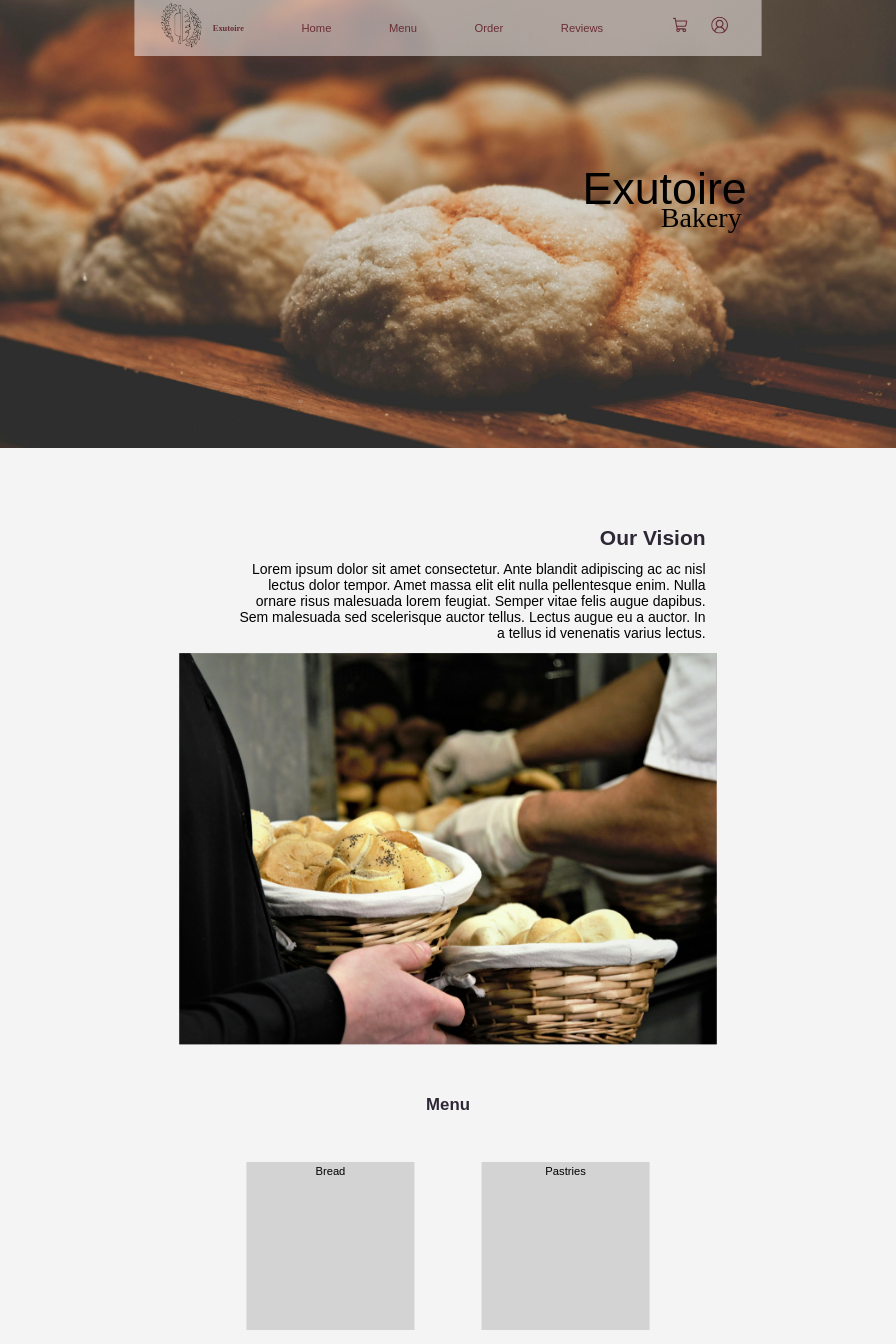
Repository: MelissaJacobi/COMP3170-final-proj
Page: /
The author's editor kept a copy of each file at every save. The page is drawn from the files as they stood at one save, then again after the next save.
The browser window is 1280 px wide. The pictures show the part of the page from y = 0 to 1920 px (the page is 2721 px tall), at 70% of full size.
The project was rebuilt for these pictures with package versions that can differ from the ones it lists, and the page was loaded fresh each time. Also part of the build but not shown: vite.config.js, src/pages/ShoppingCart.module.css, src/components/ShoppingCartCard.module.css, src/components/ShoppingCartCard.jsx, src/components/OrderTotal.jsx, src/pages/ShoppingCart.jsx, src/pages/Profile.module.css, src/pages/Profile.jsx and 27 more.

Above is the page before, as saved 2024-11-09 17:55:38.

After the next save:
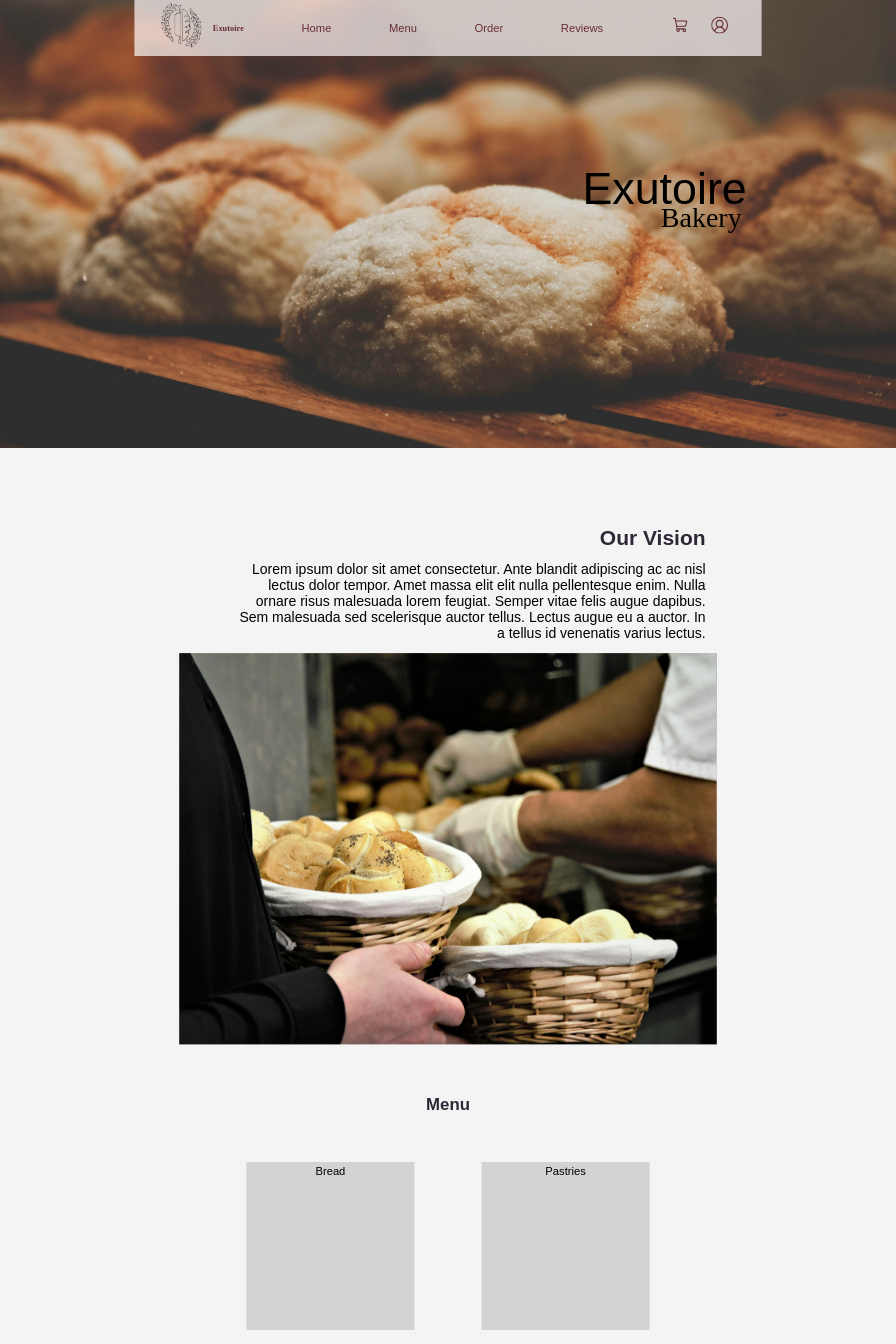
Saved 18 s later.
--- a/src/components/Header.module.css
+++ b/src/components/Header.module.css
@@ -1,5 +1,5 @@
 .container {
-    background-color: rgba( 255, 250, 250, 0.5);
+    background-color: rgba( 255, 250, 250, 0.7);
     width: 100%;
     height: 5rem;
     display: flex;
